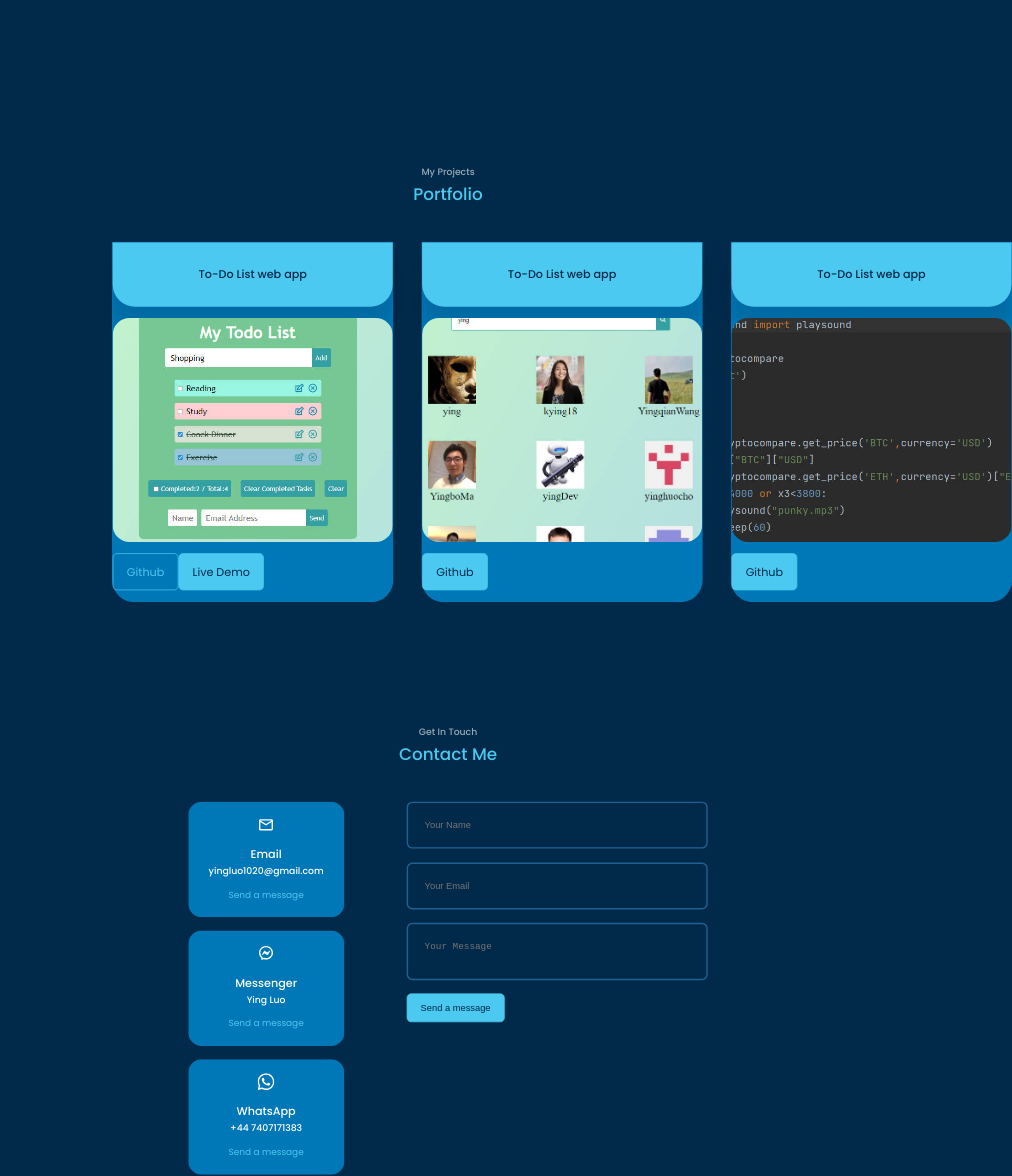
Repository: yingluo1020/react-portfolio-website
Page: /
An editor plug-in stored every save of this project. The page is shown before and after the next save, followed by the edit.
The browser window is 1280 px wide. The page is 1446 px wide, so the pictures cover 1446 px, including what lies to the right of the window. The pictures show the part of the page from y = 1806 to 3486 px (the page is 3983 px tall), at 70% of full size.
The project was rebuilt for these pictures with package versions that can differ from the ones it lists, and the page was loaded fresh each time. Imported but missing from the stored project, and not drawn on this page: src/assets/cv1.pdf.

Above is the page before, as saved 2022-03-16 10:41:42.

### src/index.css
@import url('https://fonts.googleapis.com/css2?family=Poppins:wght@300;400;500;600&display=swap');

* {
 margin: 0;
 padding: 0;
 border: 0;
 outline: 0;
 box-sizing: border-box;
 list-style: none;
 text-decoration: none;
}

:root {
    --color-bg:#012a4a;
    --color-bg-variant:#0077b6;
    --color-primary:#4cc9f0;
    --color-primary-variant:rgba(77,181,255,0.4);
    --color-white:#fff;
    --color-light:rgba(255,255,255,0.6);

    --transition:all 400ms ease;

    --container-width-lg:75%;
    --container-width-md:86%;
    --container-width-sm:90%;
}

html {
    scroll-behavior:smooth;
}

::-webkit-scrollbar {
    display: none;
}

body {
    font-family: 'Poppins', sans-serif;
    background: var(--color-bg);
    color:var(--color-white);
    line-height:1.7;
}

/* general styles */
.container {
    width:var(--container-width-lg);
    margin: 0 auto;
}

h1,
h2,
h3,
h4,
h5 {
    font-weight: 500;
}

h1 {
    font-size: 2.5rem;
}

section {
    margin-top: 5rem;
    min-height: 100vh;
}

section > h2, section > h5 {
    text-align: center;
    color: var(--color-light);
}

section > h2 {
    color: var(--color-primary);
    margin-bottom: 3rem;
}

.text-light {
    color: var(--color-light);
}

a {
    color: var(--color-primary);
    transition: var(--transition);
}

a:hover {
    color: var(--color-white);
}

.btn {
    width: max-content;
    display: inline-block;
    color: var(--color-primary);
    padding: 0.75rem 1.2rem;
    border-radius:0.4rem;
    cursor: pointer;
    border: 1px solid var(--color-primary);
    transition: var(--transition);
}

.btn:hover{
    background: var(--color-white);
    color: var(--color-bg);
    border-color: transparent;
}

.btn-primary {
    background: var(--color-primary);
    color: var(--color-bg);
}

img{
    display: block;
    width: 100%;
    object-fit: cover;
}

/* media queries(medium devices)*/
@media screen and (max-width:1024px) {
    .container {
        width: var(--container-width-sm);
    }

    section> h2 {
        margin-bottom: 2rem;
    }
}

### src/components/header/Header.js
import React from 'react'
import avatar from '../../assets/avatar.JPG'
import './header.css';
import CV from '../../assets/cv1.pdf'


function Header() {
    return (
        <header>
            <div className="container header_container">
                <h5>Hello, I'm</h5>
                <h1>Ying Luo</h1>
                <h5 className="text-light">Front-end Developer</h5>

                <div className='cta'>
                    <a href={CV} download className='btn'>Download My CV</a>
                    <a href="#contact" className='btn btn-primary'>Contact me</a>
                </div>
            </div>
        </header>
    )
}

export default Header

### src/components/nav/Nav.js
import React, { useState } from 'react'
import './nav.css'
import { AiOutlineHome, } from 'react-icons/ai'
import { AiOutlineUser } from 'react-icons/ai'
import { BiBook } from 'react-icons/bi'
import { AiOutlineFundProjectionScreen } from 'react-icons/ai'
import { BiMessageSquareDetail } from 'react-icons/bi'


function Nav() {
    const [activeNav, setActiveNav] = useState('#')
    return (
        <nav>
            <a href="#" onClick={() => setActiveNav('#')} className={activeNav === '#' ? 'active' : ''}><AiOutlineHome /></a>
            <a href="#about" onClick={() => setActiveNav('#about')} className={activeNav === '#about' ? 'active' : ''}><AiOutlineUser /></a>
            <a href="#experience" onClick={() => setActiveNav('#experience')} className={activeNav === '#experience' ? 'active' : ''}><BiBook /></a>
            <a href="#portfolio" onClick={() => setActiveNav('#services')} className={activeNav === '#services' ? 'active' : ''}><AiOutlineFundProjectionScreen /></a>
            <a href="#contact" onClick={() => setActiveNav('#contact')} className={activeNav === '#contact' ? 'active' : ''}><BiMessageSquareDetail /></a>
        </nav>
    )
}

export default Nav

### src/components/about/About.js
import React from 'react'
import avatar from '../../assets/avatar.JPG'
import { FaChalkboardTeacher } from 'react-icons/fa'
import { VscFolderLibrary } from 'react-icons/vsc'
import { FaGithub } from 'react-icons/fa';
import './about.css';

function About() {
    return (
        <section id='about'>
            <h5>My Intro</h5>
            <h2>About Me</h2>

            <div className="container about_container">
                <div className="about_me">
                    <div className="about_image">
                        <img src={avatar} alt="About Image" />
                    </div>
                </div>

                <div className="about_content">
                    <div className="about_cards">
                        <article className="about_card">
                            <FaChalkboardTeacher className='about_icon' />
                            <h5> Self-learner on Frontend </h5>
                            <small>HTML/CSS, JavaScript, React, Axios...</small>
                        </article>

                        <article className="about_card">
                            <VscFolderLibrary className='about_icon' />
                            <h5>Personal IT Projects </h5>
                            <small>10+ completed:  </small>
                            <a href="https://github.com/yingluo1020" target="_blank"><FaGithub /></a>
                        </article>
                    </div>

                    <p>I am a highly motivated self-learner software developer with experience in developing a wide range of web applications and software. My core experience is on building front-end applications using HTML, CSS, JavaScript and React. Furthermore, I have developed various automated applications using Python to reduce repetitive and time-consuming tasks. I am currently seeking to be a frontend developer where I can apply my knowledge and further develop my skills.
                        <a href="https://github.com/yingluo1020" target="_blank"><FaGithub /></a>
                    </p>
                    <div className="about_btn">
                        <a href="#contact" className="btn btn">Contact Me</a>
                        <a href="#" target="_blank" className="btn btn-primary">Go to My Projects</a>
                    </div>

                </div>
            </div>
        </section>
    )
}

export default About

### src/components/experience/Experience.js
import React from 'react'
import './experience.css';
import { BsPatchCheck } from 'react-icons/bs'


function Experience() {
    return (
        <section id='experience'>
            <h5>What Skills I Have</h5>
            <h2>My Experience</h2>

            <div className="container experience_container">
                <article className='experience_details'>
                    <BsPatchCheck className='experience_details-icon' />
                    <div>
                        <h4>HTML</h4>
                        <small className='text_light'>Experienced</small>
                    </div>
                </article>
                <article className='experience_details'>
                    <BsPatchCheck className='experience_details-icon' />
                    <div>
                        <h4>CSS</h4>
                        <small className='text_light'>Experienced</small>
                    </div>
                </article>
                <article className='experience_details'>
                    <BsPatchCheck className='experience_details-icon' />
                    <div>
                        <h4>JavaScript (ES6)</h4>
                        <small className='text_light'>Experienced</small>
                    </div>
                </article>
                <article className='experience_details'>
                    <BsPatchCheck className='experience_details-icon' />
                    <div>
                        <h4>React (Hooks, Router V6) </h4>
                        <small className='text_light'>Experienced</small>
                    </div>
                </article>
                <article className='experience_details'>
                    <BsPatchCheck className='experience_details-icon' />
                    <div>
                        <h4>Node JS</h4>
                        <small className='text_light'>Intermediate</small>
                    </div>
                </article>
                <article className='experience_details'>
                    <BsPatchCheck className='experience_details-icon' />
                    <div>
                        <h4>Python</h4>
                        <small className='text_light'>Intermediate</small>
                    </div>
                </article>
            </div>

        </section>
    )
}

export default Experience

### src/components/portfolio/Portfolio.js
import React from 'react'
import './portfolio.css';
import project1 from '../../assets/todo1.jpg'
import project2 from '../../assets/search.jpg'
import project3 from '../../assets/btc_alert.jpg'



function Portfolio() {
    return (
        <section id='portfolio'>
            <h5>My Projects</h5>
            <h2>Portfolio</h2>
            <div className="container portfolio_container ">
                <article className='portfolio'>
                    <div className="portfolio_head">
                        <h3 >To-Do List web app</h3>
                    </div>

                    <div className="portfolio_item-image">
                        <img src={project1} alt="project1" />
                    </div>

                    <div className="portfolio_link">
                        <a href="https://github.com" target='_blank' className='btn '>Github</a>
                        <a href="https://dribbble.com/Alien_pixels" target='_blank' className='btn btn-primary'>Live Demo</a>
                    </div>
                </article>

                <article className='portfolio'>
                    <div className="portfolio_head">
                        <h3 >To-Do List web app</h3>
                    </div>

                    <div className="portfolio_body">
                        <div className="portfolio_item-image">
                            <img src={project2} alt="project1" />
                        </div>
                    </div>
                    <div className="portfolio_link">
                        <a href="https://github.com" target='_blank' className='btn btn-primary'>Github</a>
                    </div>
                </article>

                <article className='portfolio'>
                    <div className="portfolio_head">
                        <h3 >To-Do List web app</h3>
                    </div>

                    <div className="portfolio_body">
                        <div className="portfolio_item-image">
                            <img src={project3} alt="project1" />
                        </div>
                    </div>
                    <div className="portfolio_link">
                        <a href="https://github.com" target='_blank' className='btn btn-primary'>Github</a>
                    </div>
                </article>

            </div>
        </section>
    )
}

export default Portfolio

### src/components/contact/Contact.js
import React, { useRef } from 'react'
import './contact.css'
import { MdOutlineEmail } from 'react-icons/md'
import { RiMessengerLine } from 'react-icons/ri'
import { BsWhatsapp } from 'react-icons/bs'
import emailjs from '@emailjs/browser';


function Contact() {
    const form = useRef();

    const sendEmail = (e) => {
        e.preventDefault();

        emailjs.sendForm('service_s6sapzl', 'template_utnko3u', form.current, 'user_Ak4JS85QR5w9GZLqKm3hY')

        alert(`I'll will reply you ASAP :)`)
        e.target.reset()
    };

    return (
        <section id="contact">
            <h5>Get In Touch</h5>
            <h2>Contact Me</h2>

            <div className="container contact_container">
                <div className="contact_options">
                    <article className='contact_option'>
                        <MdOutlineEmail className='contact_option-icon' />
                        <h4>Email</h4>
                        <h5>yingluo1020@gmail.com</h5>
                        <a href="mailto:yingluo1020@gmail.com" target='_blank'>Send a message</a>
                    </article>

                    <article className='contact_option'>
                        <RiMessengerLine className='contact_option-icon' />
                        <h4>Messenger</h4>
                        <h5>Ying Luo</h5>
                        <a href="https://m.me/yng.luo" target='_blank'>Send a message</a>
                    </article>

                    <article className='contact_option'>
                        <BsWhatsapp className='contact_option-icon' />
                        <h4>WhatsApp</h4>
                        <h5>+44 7407171383</h5>
                        <a href="https://api.whatsapp.com/send?phone+447407171383" target='_blank'>Send a message</a>
                    </article>
                </div>
                {/* End of contact options */}
                <form action="" ref={form} onSubmit={sendEmail}>
                    <input type="text" name='name' placeholder='Your Name' required />
                    <input type="email" name='email' placeholder='Your Email' required />
                    <textarea type="text" name='name' placeholder='Your Message' required ></textarea>
                    <button type="submit" className="btn btn-primary">Send a message</button>
                </form>

            </div>
        </section>

    )
}

export default Contact

### src/components/footer/Footer.js
import React from 'react'
import './footer.css'
import { BsLinkedin } from 'react-icons/bs';
import { FaGithub } from 'react-icons/fa';
import { FiDribbble } from 'react-icons/fi';


function Footer() {
    return (
        <footer>
            <a href="https://github.com/yingluo1020" target="_blank" className='footer_logo'><FaGithub /> Ying Luo</a>
            <ul className='permalinks'>
                <li><a href="#">Home</a></li>
                <li><a href="#about">About</a></li>
                <li><a href="#experience">Experience</a></li>
                <li><a href="#portfolio">Portfolio</a></li>
                <li><a href="#contact">Contact</a></li>
            </ul>

            <div className="footer_copyright">
                <small>&copy; All rights reserved by Ying Luo.</small>
            </div>
        </footer>
    )
}

export default Footer

### src/components/header/header.css
header {
    height: 50vh;
    padding-top: 5rem;
    overflow: hidden;
}

.header_container {
    text-align: center;
    height: 100%;
    position: relative;
}

.cta {
    margin: 2.5rem auto;
    display: flex;
    gap:1.2rem;
    justify-content: center;
}

.avatar {
    background: linear-gradient(var(--color-primary),transparent) ;
    width: 22rem;
    height: 30rem;
    position: absolute;
    left: calc(50% - 11rem);
    border-radius: 12rem 12rem 0 0 ;
    overflow: hidden;
    padding: 5rem 1.5rem 1.5rem 1.5rem;
}


/* media queries(medium devices)*/
@media screen and (max-width:1024px) {
    header {
        height: 68vh;
    }
}

/* media queries(small devices)*/
@media screen and (max-width:600px) {
   header {
       height: 100vh;
   }
}

### src/components/nav/nav.css
nav {
    background: rgba(0, 0, 0, 0.3);
    width: max-content;
    display: block;
    padding:0.7rem 1.7rem;
    z-index: 2;
    position: fixed;
    left: 50%;
    transform: translateX(-50%);
    bottom: 2rem;
    display: flex;
    gap: 0.8rem;
    border-radius: 3rem;
    /* backdrop-filter: blur(15px); */
}

nav a {
    background: transparent;
    padding: 0.9rem;
    border-radius:50% ;
    display: flex;
    color: var(--color-light);
    font-size: 1.1rem;
}

nav a:hover{
    background: rgba(0, 0, 0, 0.3);
}

nav a.active {
    background: var(--color-primary);
    color: var(--color-bg);
}

### src/components/about/about.css
.about_container {
    display: grid;
    grid-template-columns: 35% 50%;
    gap: 15%;
}

.about_me{
    width: 100%;
    aspect-ratio: 0.95/1;
    border-radius: 2rem;
    background: linear-gradient(45deg,transparent,var( --color-primary),transparent);
    display: grid;
    place-items: center;
}

.about_image {
    border-radius: 2rem;
    overflow: hidden;
    transform: rotate(10deg);
    transition: var(--transition);
}

.about_image:hover{
    transform: rotate(0);
}

.about_image img {
    width: 75%;
    margin: 0 auto;
}
.about_cards {
    display: grid;
    grid-template-columns: repeat(2,1fr);
    gap: 1.5rem;
}

.about_card {
    background: var(--color-bg-variant);
    border:1px solid transparent ;
    border-radius: 1rem;
    padding: 2rem;
    text-align: center;
    transition: var(--transition);
}

.about_card:hover {
    background:transparent;
    border-color:var(--color-primary-variant) ;
    cursor: default;
}

.about_icon {
    color: var(--color-primary);
    font-size: 1.4rem;
    margin-bottom: 1rem;
}

.about_card h5 {
    font-size: 0.9rem;
}

.about_card small {
    font-size: 0.7rem;
    color: var(--color-light);
}
.about_content{
    height: fit-content;
}
.about_content p {
    margin: 2rem 0 2.6rem;
    color: var(--color-light);
}

.about_content .about_btn {
    display: flex;
    gap:1.2rem;
}

/* media queries(medium devices)*/
@media screen and (max-width:1024px) {
    .about_container {
        grid-template-columns: 1fr ;
        gap:0;
    }

    .about_me{
        width: 50%;
        margin: 2rem auto 4rem;
    }

    .about_content p {
        margin: 1rem 0 1.5rem;
    }
}

/* media queries(small devices)*/
@media screen and (max-width:600px) {
    .about_me{
        width: 65%;
        margin: 0 auto 3rem;
    }

    .about_cards {
        grid-template-columns: 1fr 1fr;
        gap: 1rem;
    }

    .about_content {
        text-align: center;
    }

    .about_content p {
        margin: 1.5rem 0.5rem;
    }
}

### src/components/experience/experience.css
.experience_container{
    width: 50%;
    display: grid;
    grid-template-columns: 1fr 1fr;
    justify-items:  stretch;
    row-gap: 3rem ;
    background: var(--color-bg-variant);
    padding: 3rem 5rem;
    border-radius: 2rem;
    border: 1px solid transparent;
    transition: var(--transition);
}


.experience_container:hover{
    background: transparent;
    border-color: var(--color-primary-variant);
    cursor: default;
}


.experience_details {
    display: flex;
    gap: 2rem;
}

.experience_details-icon{
    margin-top: 6px;
    color: var(--color-primary);
}

/* media queries(medium devices)*/
@media screen and (max-width:1024px) {
    .experience_container  {
        width: 80%;
        padding: 2rem;
        margin: 0 auto;
    }

}

/* media queries(small devices)*/
@media screen and (max-width:600px) {
    .experience_container{
        width: 100%;
        grid-template-columns: 1fr;
        padding: 1rem;
    }

}

### src/components/portfolio/portfolio.css
.portfolio_container{
    display: grid;
    grid-template-columns: repeat(3,1fr);
    gap: 2.5rem;
}

.portfolio {
    background: var(--color-bg-variant);
    border-radius:0 0 2rem 2rem;
    border: 1px solid transparent;
    /* height: fit-content; */
    transition: var(--transition);
}

.portfolio:hover {
    background: transparent;
    border-color: var(--color-primary-variant);
    transition: var(--transition);
}

.portfolio_head{
    background: var(--color-primary);
    border-radius:0 0 2rem 2rem;
    padding: 2rem;
    box-shadow: 0 2rem 1rem rgba(0,0,0,0.1);
}

.portfolio_head h3 {
    text-align: center;
    font-size: 1rem;
    color: var(--color-bg);
}

.portfolio_item-image {
    width: 25rem;
    height: 20rem;
    /* aspect-ratio: 1/1;   */
    border-radius: 1.5rem;
    overflow: hidden;
    margin: 1rem auto;
}

.portfolio_item-image img {
    width: 100%;
    height: 100%;
}

.portfolio_link {
    /* display: flex;
    justify-content: center; */
    margin: 1rem 0;
}


/* media queries(medium devices)*/
@media screen and (max-width:1024px) {
    .portfolio_container{
        grid-template-columns: 1fr 1fr;
        gap: 1.2rem;
    }
}

/* media queries(small devices)*/
@media screen and (max-width:600px) {
    .portfolio_container {
        grid-template-columns: 1fr;
        gap: 1rem;
    }
}

### src/components/contact/contact.css
.contact_container {
    width: 58%;
    display: grid;
    grid-template-columns: 30% 58%;
    gap: 12%;
}

.contact_options {
    display: flex;
    flex-direction: column;
    gap: 1.2rem;
}

.contact_option{
    background: var(--color-bg-variant);
    padding: 1.2rem ;
    border-radius:1.2rem;
    border: 1px solid transparent;
    text-align: center;
    transition: var(--transition);
}

.contact_option:hover{
    background: transparent;
    border-color: var(--color-primary-variant);
}

.contact_option-icon{
    font-size: 1.5rem;
    margin-bottom: 0.5rem;
}

.contact_option a {
    margin-top: 0.7rem;
    display: inline-block;
    font-size: 0.8rem;
}

/* form */
form {
    display: flex;
    flex-direction: column;
    gap: 1.2rem;
}

input, textarea{
    width: 100%;
    padding: 1.5rem ;
    border-radius:0.5rem;
    border: 2px solid var(--color-primary-variant);
    background: transparent;
    resize: none; /* 元素不能被用户缩放。 */
    color: var(--color-white);
}

/* media queries(medium devices)*/
@media screen and (max-width:1024px) {
    .contact_container {
        grid-template-columns: 1fr;
        gap: 2rem;
    }

}

/* media queries(small devices)*/
@media screen and (max-width:600px) {
    .contact_container{
        width: var(--container-width-sm);
    }
}

### src/components/footer/footer.css
footer {
    background: var(--color-primary);
    padding: 2rem 0;
    text-align: center;
    font-size: 0.9rem;
    margin-top: 7rem;
}

footer a {
    color: var(--color-bg);
}

.footer_logo{
    font-size: 2rem;
    font-weight: 500;
    margin-bottom: 2rem;
    display: inline-block;
}

.permalinks{
    display: flex;
    flex-wrap: wrap;
    justify-content: center;
    gap: 2rem;
    margin: 0 auto 3rem;
}

.footer_socials{
    display: flex;
    justify-content: center;
    gap: 1rem;
    margin-bottom: 4rem;
}

.footer_socials a {
    display: flex;
    background: var(--color-bg);
    color: var(--color-white);
    padding: 0.8rem;
    border-radius: 0.7rem;
    border: 1px solid transparent;
    transition: var(--transition);
}

.footer_socials a:hover{
    background: transparent;
    color: var(--color-bg);
    border-color: var(--color-bg);
}

.footer_copyright {
    margin-bottom: 4rem;
    color: var(--color-bg);
}

/* media queries(small devices)*/
@media screen and (max-width:600px) {
    .permalinks{
        flex-direction: column;
        gap: 1.5rem;
    }

    .footer_socials{
        margin-bottom: 2.6rem;
    }
}

Loaded but not shown: public/index.html (common file); src/index.js (common file); src/App.js (common file)

After the next save:
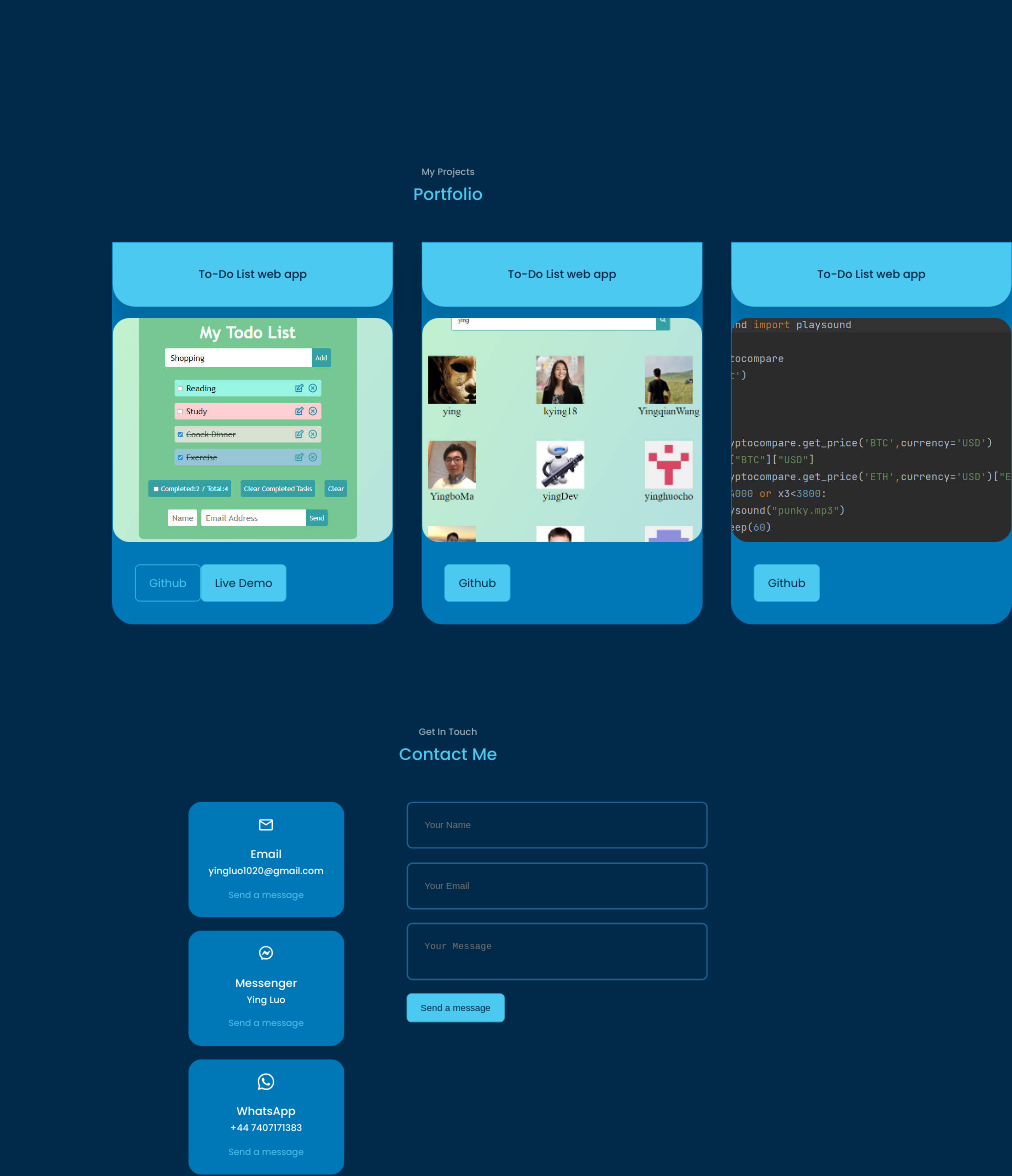
Saved 12 s later.
--- a/src/components/portfolio/portfolio.css
+++ b/src/components/portfolio/portfolio.css
@@ -48,7 +48,7 @@
 .portfolio_link {
     /* display: flex;
     justify-content: center; */
-    margin: 1rem 0;
+    margin: 2rem;
 }
 
 
